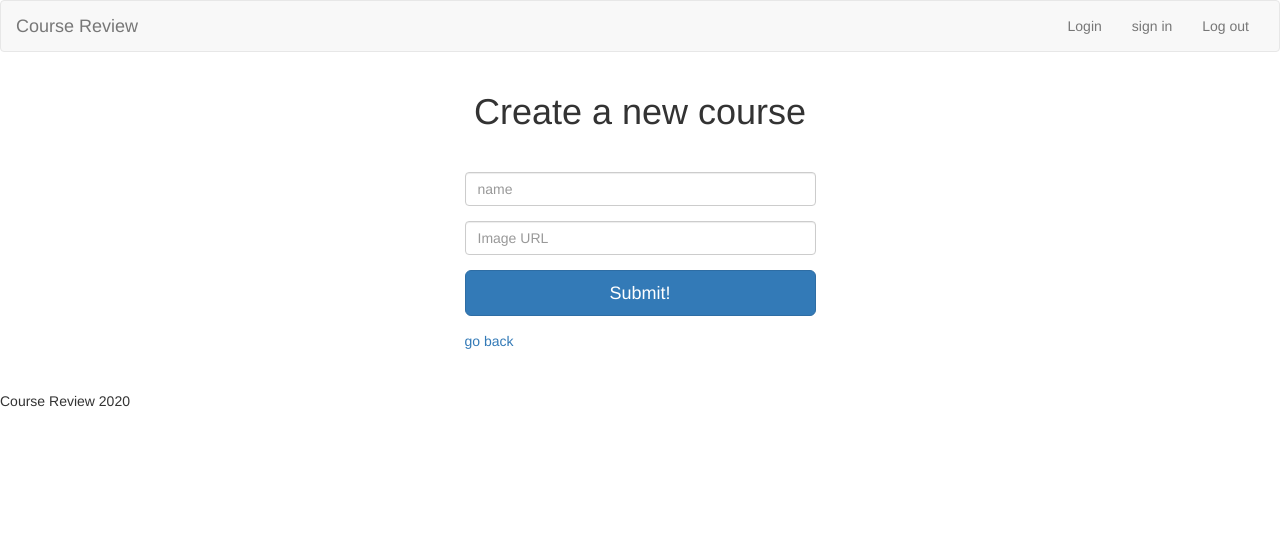
Repository: codewangg/CourseReview
Page: http://localhost/courses/new
These files come from the project's save history. The page is drawn as it stood at one moment and after the next save; the edit follows.
The browser window is 1280 px wide. The pictures show the whole page.
The page is served by the project's Node server (app.js).

Above is the page before, as saved 2020-08-16 17:18:36.

After the next save:
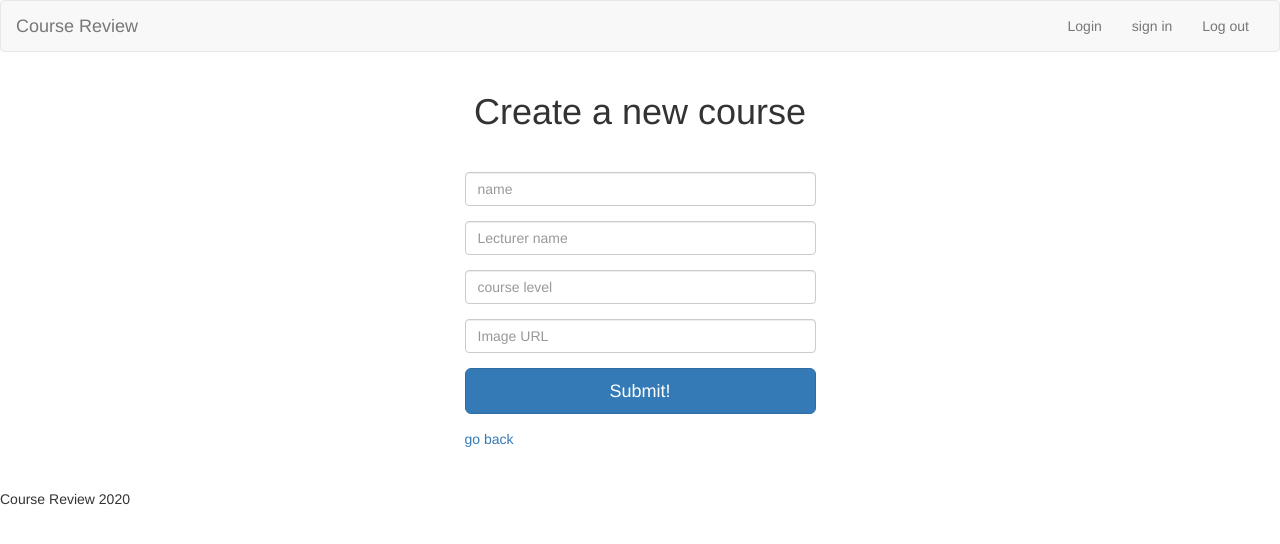
Saved 4 min 8 s later.
--- a/views/new.ejs
+++ b/views/new.ejs
@@ -11,8 +11,18 @@
                 </div>
 
                 <div class="form-group">
+                    <input class="form-control" type="text" name="teacher" placeholder="Lecturer name">
+                </div>
+
+                <div class="form-group">
+                    <input class="form-control" type="text" name="level" placeholder="course level">
+                </div>
+
+                <div class="form-group">
                     <input class="form-control" type="text" name="image" placeholder="Image URL">
                 </div>
+
+
 
 
                 <div class="form-group">
